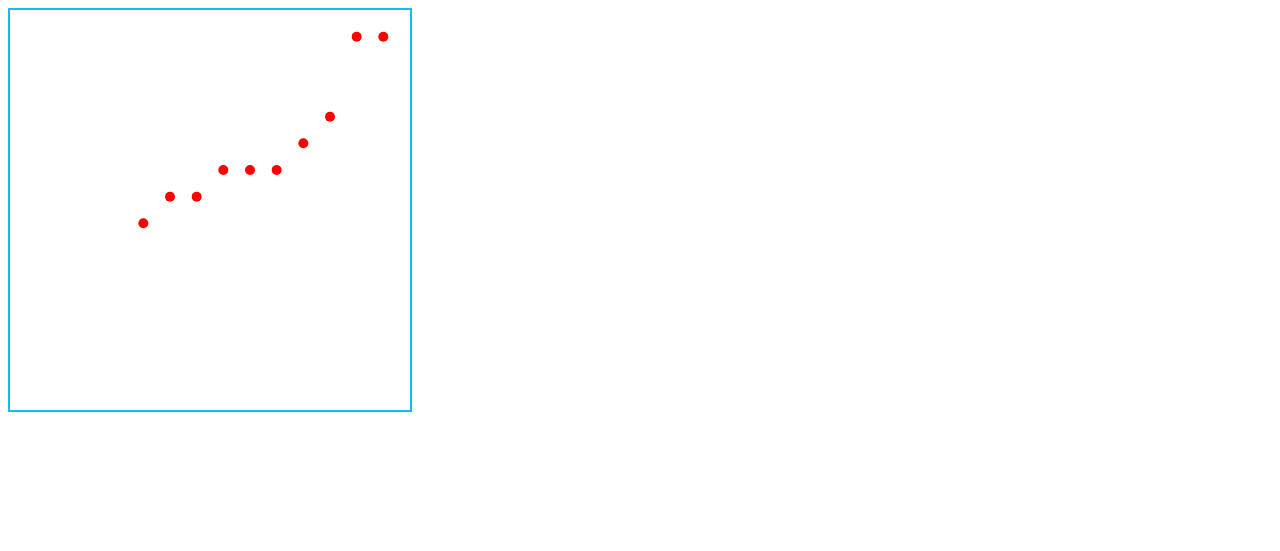
Repository: Jubair-Ahmed-Junjun/js-graphics
Page: Scatter Plots.html
An editor plug-in stored every save of this project. The page is shown before and after the next save, followed by the edit.
The browser window is 1280 px wide. The pictures show the whole page.

Above is the page before, as saved 2022-08-08 21:42:24.

After the next save:
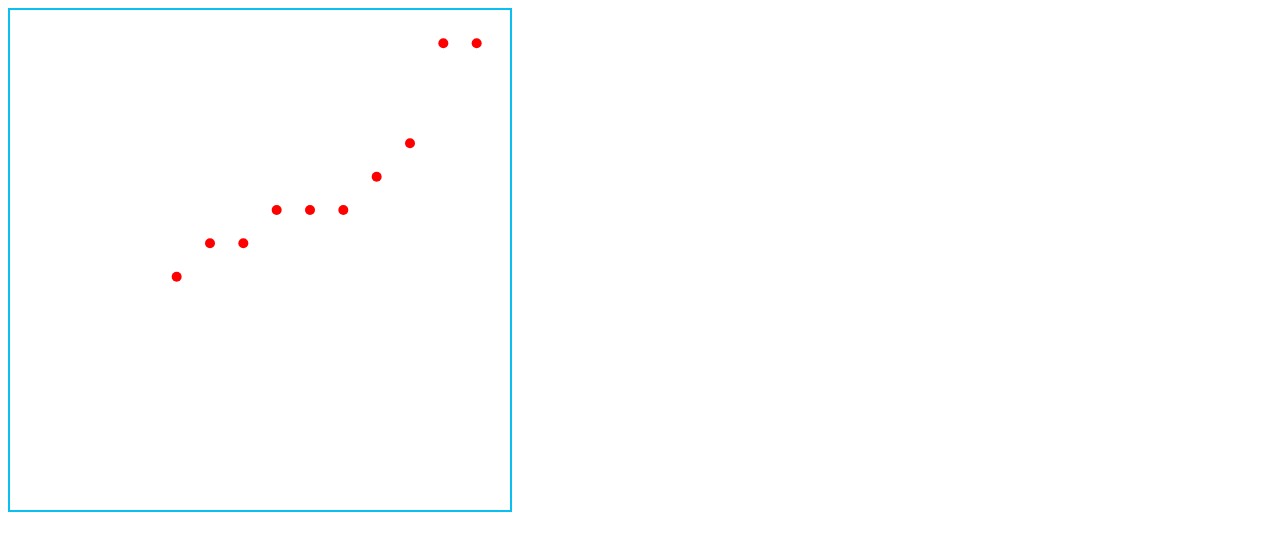
Saved 100 s later.
--- a/Scatter Plots.html
+++ b/Scatter Plots.html
@@ -2,7 +2,7 @@
 <html>
 <body>
 
-<canvas id="myCanvas" width="400" style="border:2px solid rgb(10, 191, 241)"></canvas>
+<canvas id="myCanvas" width="500" style="border:2px solid rgb(10, 191, 241)"></canvas>
 
 <script>
 const canvas = document.getElementById("myCanvas");
